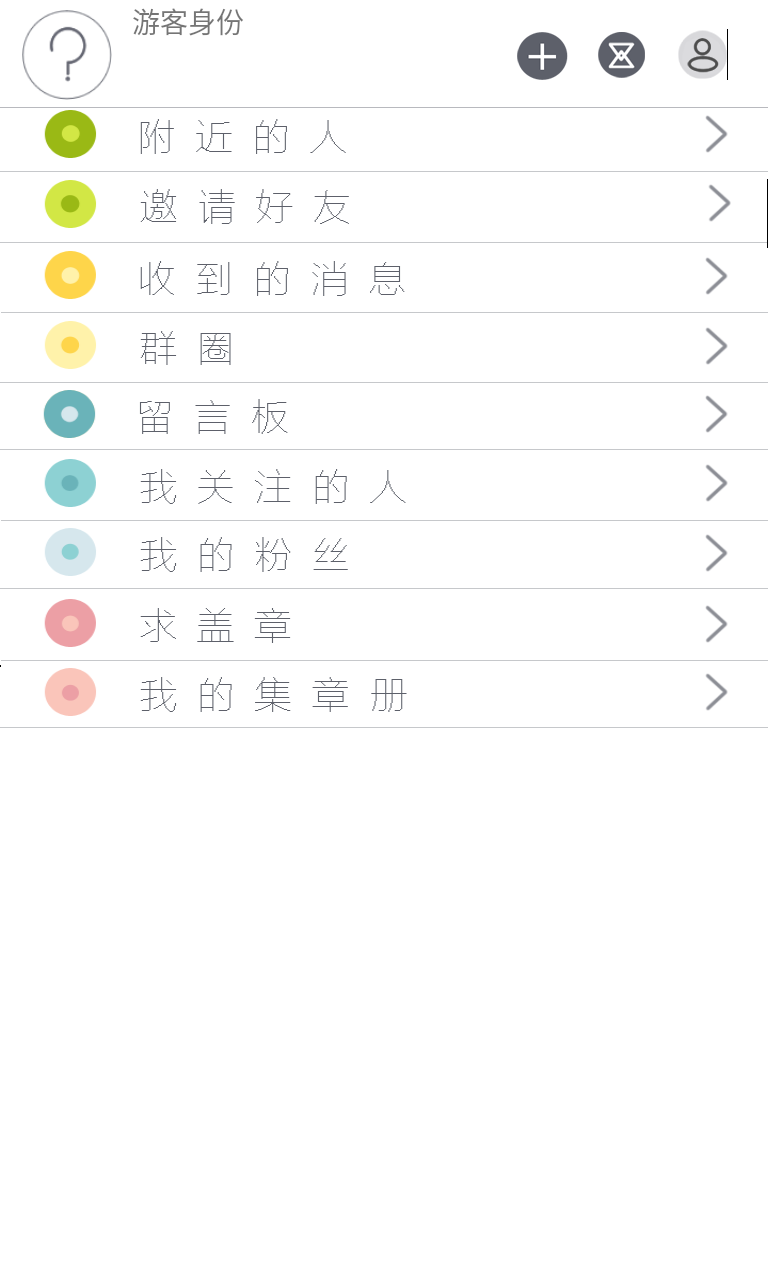
Repository: MinoyJet/Amoy
Layout: beta5/res/layout/sq.xml
These files come from the project's save history. The layout is drawn as it stood at one moment and after the next save; the edit follows.
It is drawn on a 768 x 1280 px phone screen (xhdpi) without system bars, with theme AppTheme; the app's code is not run.

Above is the layout before, as saved 2015-04-25 04:42:35.

### beta5/res/layout/sq.xml
<LinearLayout xmlns:android="http://schemas.android.com/apk/res/android"
    android:layout_width="match_parent"
    android:layout_height="match_parent"
    android:background="#ffffff"
    android:orientation="vertical" >

    <RelativeLayout
        android:id="@+id/relativeLayout1"
        android:layout_width="fill_parent"
        android:layout_height="55dp"
        android:layout_alignParentLeft="true"
        android:layout_alignParentTop="true"
        android:orientation="vertical" >

        <ImageView
            android:id="@+id/imageView2"
            android:layout_width="match_parent"
            android:layout_height="wrap_content"
            android:layout_alignParentBottom="true"
            android:layout_alignParentLeft="true"
            android:background="@drawable/xian" />

        <TextView
            android:id="@+id/textView1"
            android:layout_width="wrap_content"
            android:layout_height="wrap_content"
            android:layout_marginLeft="10dp"
            android:layout_toRightOf="@+id/imageView1"
            android:text="游客身份" />

        <ImageView
            android:id="@+id/imageView1"
            android:layout_width="45dp"
            android:layout_height="45dp"
            android:layout_alignParentLeft="true"
            android:layout_centerVertical="true"
            android:layout_marginLeft="11dp"
            android:background="@drawable/yonghuyouke" />

        <ImageButton
            android:id="@+id/haoyou"
            android:layout_width="wrap_content"
            android:layout_height="wrap_content"
            android:layout_alignParentRight="true"
            android:layout_centerVertical="true"
            android:layout_marginRight="20dp"
            android:background="@drawable/haoyou" />

        <ImageButton
            android:id="@+id/tiezi"
            android:layout_width="wrap_content"
            android:layout_height="wrap_content"
             android:layout_centerVertical="true"
android:layout_alignParentRight="true"

           android:layout_marginRight="60dp"

            android:background="@drawable/tiezi" />

        <ImageButton
            android:id="@+id/fatie"
            android:layout_width="wrap_content"
            android:layout_height="wrap_content"
                    android:layout_centerVertical="true"
           android:layout_marginRight="100dp"
android:layout_alignParentRight="true"

            android:background="@drawable/fatie" />

    </RelativeLayout>

<LinearLayout
    android:layout_width="match_parent"
    android:layout_height="match_parent"
    android:orientation="vertical" >
    <LinearLayout
        android:layout_width="fill_parent"
        android:layout_height="wrap_content"
        android:gravity="right"
        android:orientation="horizontal">


    </LinearLayout>
    <ImageButton
        android:id="@+id/fujin"
        android:layout_width="fill_parent"
        android:layout_height="wrap_content"
        android:background="@drawable/xzbz"/>
     <ImageButton
         android:id="@+id/yaoqing"
        android:layout_width="fill_parent"
        android:layout_height="wrap_content"
        android:background="@drawable/yaoqinghaoyou"/>
      <ImageButton
        android:id="@+id/shoudao"
        android:layout_width="fill_parent"
        android:layout_height="wrap_content"
        android:background="@drawable/fhdfh"/>
       <ImageButton
           android:id="@+id/qunquan"
        android:layout_width="fill_parent"
        android:layout_height="wrap_content"
        android:background="@drawable/ddbx"/>
        <ImageButton
            android:id="@+id/liuyan"
        android:layout_width="fill_parent"
        android:layout_height="wrap_content"
        android:background="@drawable/dbx"/>
         <ImageButton
             android:id="@+id/guanzhu"
        android:layout_width="fill_parent"
        android:layout_height="wrap_content"
        android:background="@drawable/fbhbg"/>
          <ImageButton
        android:id="@+id/fensi"
        android:layout_width="fill_parent"
        android:layout_height="wrap_content"
        android:background="@drawable/ndxnxf"/>
           <ImageButton
        android:id="@+id/qiuzhang"
        android:layout_width="fill_parent"
        android:layout_height="wrap_content"
        android:background="@drawable/ssbgs"/>
     <ImageButton
         android:id="@+id/my_jizhang"
        android:layout_width="fill_parent"
        android:layout_height="wrap_content"
        android:background="@drawable/xdng"/>

</LinearLayout>


</LinearLayout>

### beta5/res/values/styles.xml
<resources>

    <!--
        Base application theme, dependent on API level. This theme is replaced
        by AppBaseTheme from res/values-vXX/styles.xml on newer devices.
    -->
    <style name="AppBaseTheme" parent="Theme.AppCompat.Light">
           <item name="android:windowIsTranslucent">true</item>
             <item name="android:windowNoTitle">true</item>
        <!--
            Theme customizations available in newer API levels can go in
            res/values-vXX/styles.xml, while customizations related to
            backward-compatibility can go here.
        -->
    </style>

    <!-- Application theme. -->
    <style name="AppTheme" parent="AppBaseTheme">
        <!-- All customizations that are NOT specific to a particular API-level can go here. -->
    </style>

</resources>

### beta5/res/values-v11/styles.xml
<resources>

    <!--
        Base application theme for API 11+. This theme completely replaces
        AppBaseTheme from res/values/styles.xml on API 11+ devices.
    -->
    <style name="AppBaseTheme" parent="Theme.AppCompat.Light">
           <item name="android:windowIsTranslucent">true</item>
             <item name="android:windowNoTitle">true</item>
        <!-- API 11 theme customizations can go here. -->
    </style>

</resources>

### beta5/res/values-v14/styles.xml
<resources>

    <!--
        Base application theme for API 14+. This theme completely replaces
        AppBaseTheme from BOTH res/values/styles.xml and
        res/values-v11/styles.xml on API 14+ devices.
    -->
    <style name="AppBaseTheme" parent="Theme.AppCompat.Light.DarkActionBar">
           <item name="android:windowIsTranslucent">true</item>
             <item name="android:windowNoTitle">true</item>
        <!-- API 14 theme customizations can go here. -->
    </style>

</resources>

After the next save:
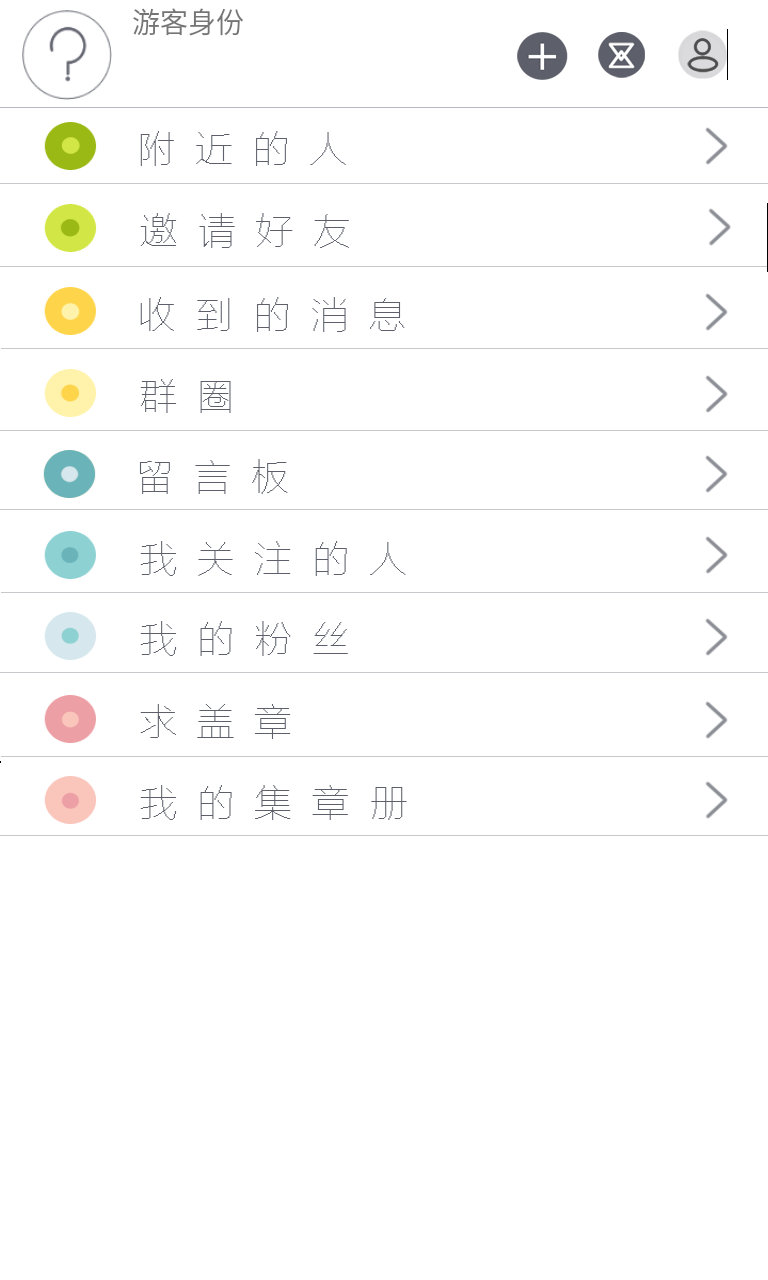
Saved 6 min 2 s later.
--- a/beta5/res/layout/sq.xml
+++ b/beta5/res/layout/sq.xml
@@ -85,44 +85,63 @@ android:layout_alignParentRight="true"
         android:id="@+id/fujin"
         android:layout_width="fill_parent"
         android:layout_height="wrap_content"
+        android:layout_marginTop="6dp"
+
         android:background="@drawable/xzbz"/>
      <ImageButton
          android:id="@+id/yaoqing"
         android:layout_width="fill_parent"
+                android:layout_marginTop="6dp"
+
         android:layout_height="wrap_content"
         android:background="@drawable/yaoqinghaoyou"/>
       <ImageButton
         android:id="@+id/shoudao"
         android:layout_width="fill_parent"
+                android:layout_marginTop="6dp"
+
         android:layout_height="wrap_content"
         android:background="@drawable/fhdfh"/>
        <ImageButton
            android:id="@+id/qunquan"
         android:layout_width="fill_parent"
         android:layout_height="wrap_content"
+                android:layout_marginTop="6dp"
+
         android:background="@drawable/ddbx"/>
         <ImageButton
             android:id="@+id/liuyan"
         android:layout_width="fill_parent"
         android:layout_height="wrap_content"
+                android:layout_marginTop="6dp"
+
         android:background="@drawable/dbx"/>
          <ImageButton
              android:id="@+id/guanzhu"
         android:layout_width="fill_parent"
+                android:layout_marginTop="6dp"
+
         android:layout_height="wrap_content"
         android:background="@drawable/fbhbg"/>
           <ImageButton
         android:id="@+id/fensi"
         android:layout_width="fill_parent"
+                android:layout_marginTop="6dp"
+
+
         android:layout_height="wrap_content"
         android:background="@drawable/ndxnxf"/>
            <ImageButton
         android:id="@+id/qiuzhang"
         android:layout_width="fill_parent"
+                android:layout_marginTop="6dp"
+
         android:layout_height="wrap_content"
         android:background="@drawable/ssbgs"/>
      <ImageButton
          android:id="@+id/my_jizhang"
+                 android:layout_marginTop="6dp"
+
         android:layout_width="fill_parent"
         android:layout_height="wrap_content"
         android:background="@drawable/xdng"/>
